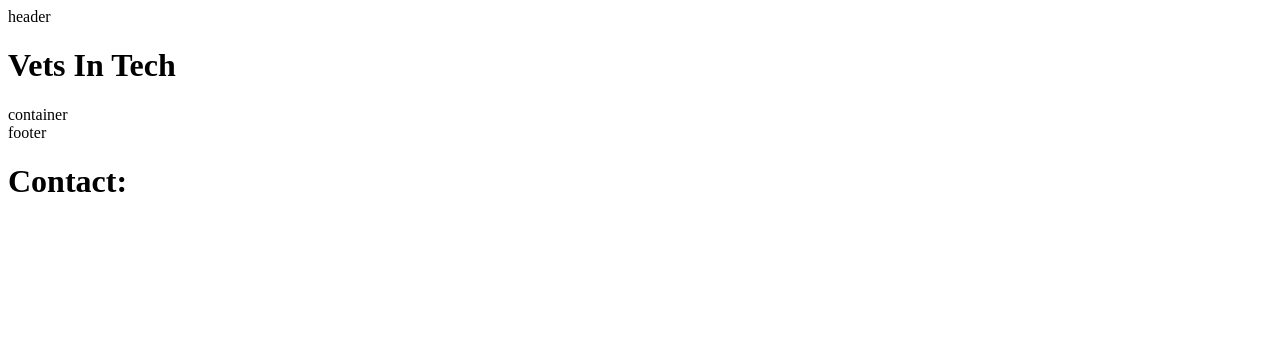
Repository: 3EyEdRav3n/10-2020-cohort-course
Page: week-1/Week-1 Assignment/index.html
An editor plug-in stored every save of this project. The page is shown before and after the next save, followed by the edit.
The browser window is 1280 px wide. The pictures show the whole page.

Above is the page before, as saved 2020-11-01 17:15:11.

After the next save:
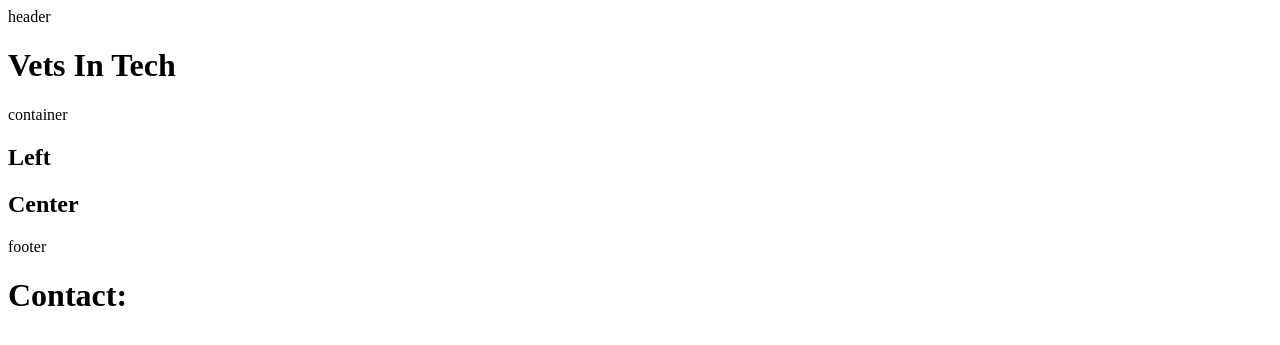
Saved 118 s later.
--- a/week-1/Week-1 Assignment/index.html
+++ b/week-1/Week-1 Assignment/index.html
@@ -11,6 +11,12 @@
     <div class="header">header</div>
     <h1>Vets In Tech</h1>
     <div class="container">container</div>
+    <div class="left-col">
+      <h2>Left</h2>
+    </div>
+    <div class="center-col">
+      <h2>Center</h2>
+    </div>
 
     <div class="footer">footer</div>
     <h1>Contact:</h1>
